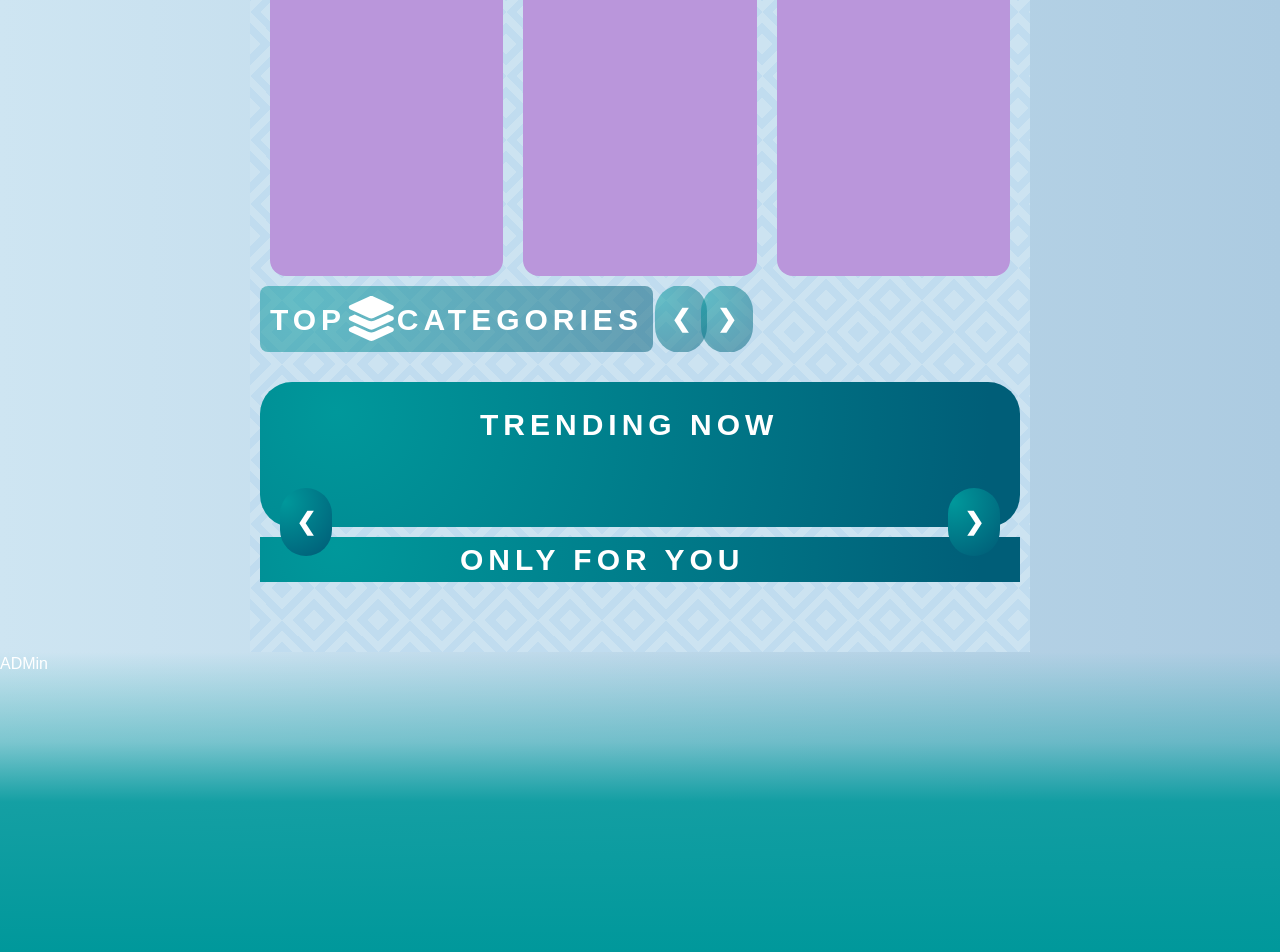
Repository: Shadman2024/2_1_DatabaseProject
Page: / (app in frontend/)
These files come from the project's save history. The page is drawn as it stood at one moment and after the next save; the edit follows.
The browser window is 1280 px wide. The pictures show the part of the page from y = 952 to 1904 px (the page is 1904 px tall).
The page's requests for data from a server got no answer. Some web libraries are served in a nearby version. The project was rebuilt for these pictures with package versions that can differ from the ones it lists, and the page was loaded fresh each time. No one was signed in, and anything a server would have sent is missing. Also part of the build but not shown: frontend/src/App.css, frontend/src/signUp/signup.js, frontend/src/logIn/login.js, frontend/src/Home/hero.js, frontend/src/Home/hero2.js, frontend/src/Home/hero3.js, frontend/src/Home/smallcategory.module.css, frontend/src/Home/smallcategory.js and 18 more.

Above is the page before, as saved 2024-03-08 01:34:36.

After the next save:
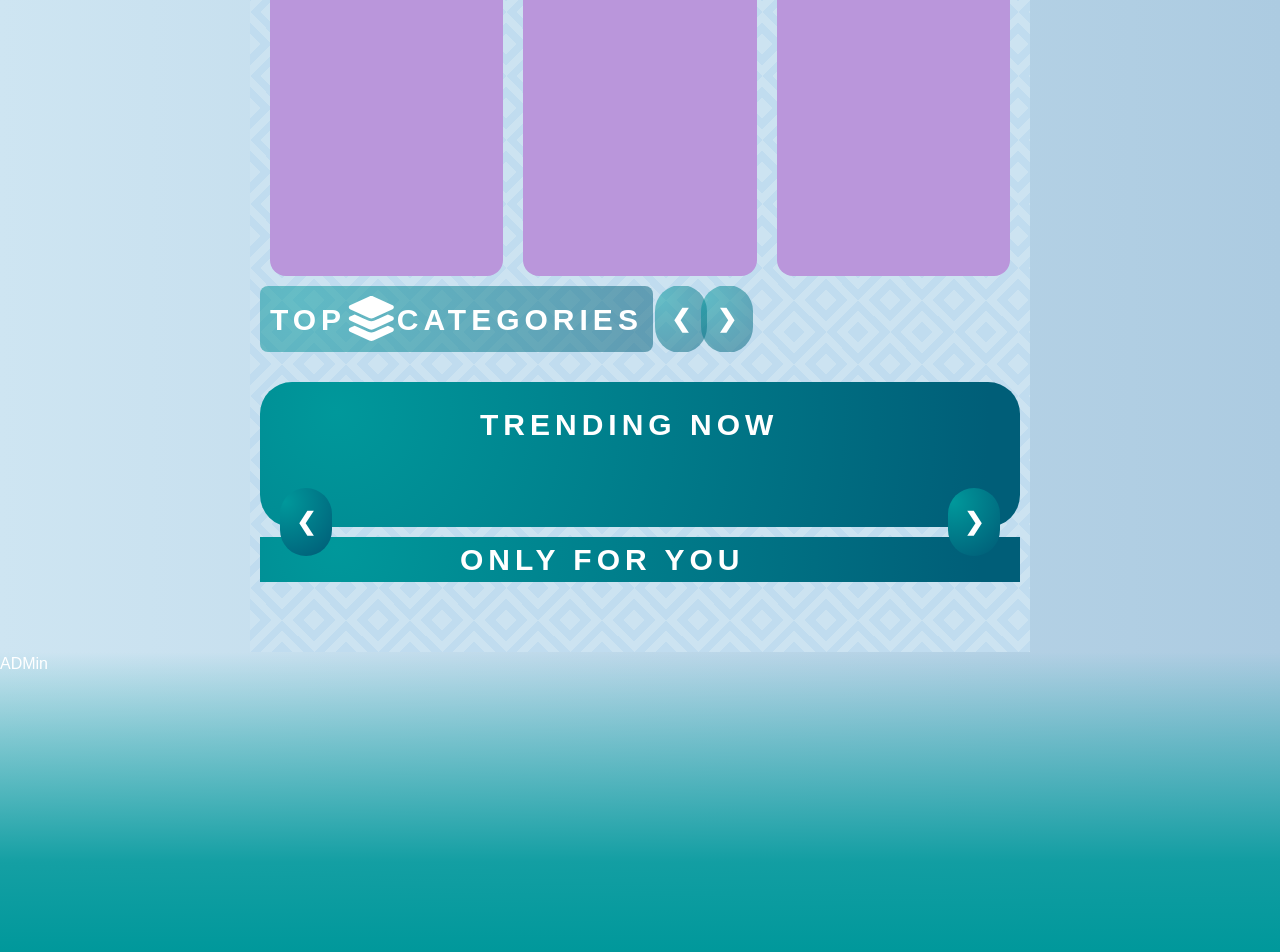
Saved 5 s later.
--- a/frontend/src/Home/footer.module.css
+++ b/frontend/src/Home/footer.module.css
@@ -1,4 +1,4 @@
 .container{
-    background-image: linear-gradient(to bottom, rgba(0,152,155,0%) 0%, rgba(0,152,155,40%) 30%,rgba(0,152,155,90%) 50%, rgba(0,152,155,1) 100%);
+    background-image: linear-gradient(to bottom, rgba(0,152,155,0%) 0%, rgba(0,152,155,40%) 30%,rgba(0,152,155,90%) 70%, rgba(0,152,155,1) 100%);
     height: 300px;
 }
